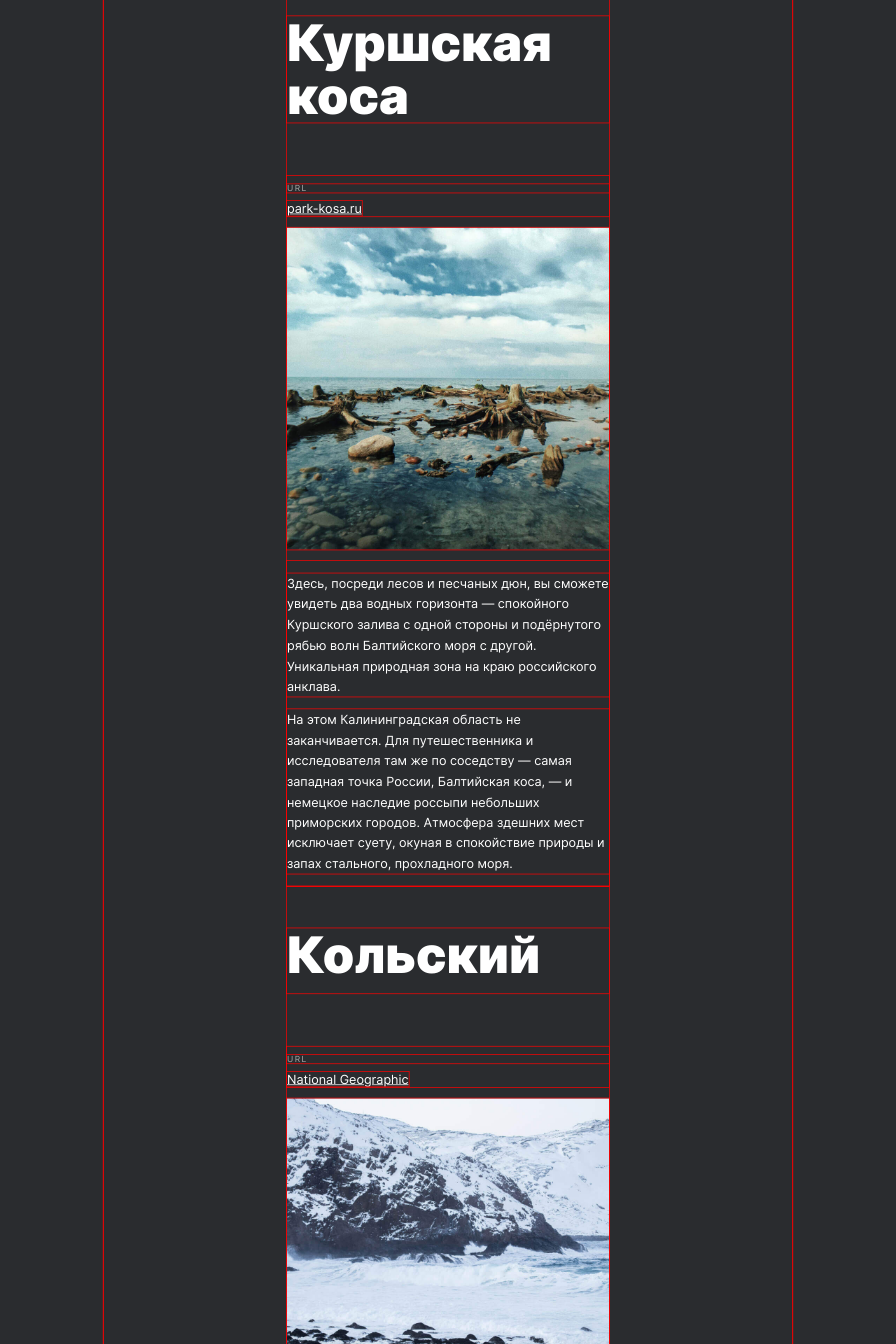
Repository: 89373611988/russia-travel
Page: index.html
An editor plug-in stored every save of this project. The page is shown before and after a run of saves, followed by the edit.
The browser window is 1280 px wide. The pictures show the part of the page from y = 2883 to 4803 px (the page is 9984 px tall before and 10464 px after), at 70% of full size.

Above is the page before, as saved 2021-12-22 20:55:49.

### index.html
<!DOCTYPE html>
<html lang="ru">
  <head>
    <meta charset="UTF-8" />
    <meta name="viewport" content="width=device-width, initial-scale=1">
    <title>Путешествие по России</title>
    <link rel="stylesheet" href="pages/index.css" />
  </head>

  <body>
    <div class="page">
      <header class="header page__header">
        <img src="./images/header-logo.svg" alt="" class="header__logo">
        <ul class="header__list">
          <li class="header__item">
            <a href="#" target="_blank" class="header__lang-link">Ru</a>
          </li>
          <li class="header__item">
            <a href="#" target="_blank" class="header__lang-link">En</a>
          </li>
        </ul>
      </header>
      <main class="content">

        <section class="lead">
          <h1 class="lead__title">Путешествия по России</h1>
          <p class="lead__subtitle">Настоящая страна не в выпусках новостей, а здесь.</p>
          <img src="./images/lead-polka.jpg" alt="Отдых в вагоне" class="lead__image">
          <p class="lead__caption">ваша полка — верхняя</p>
        </section>


        <section class="intro page__intro">
          <h2 class="intro__title">Чего мы там не видели?</h2>
          <p class="intro__text">По опросам ВЦИОМ, 95% россиян мечтают куда-нибудь поехать, но только 36% планируют провести отпуск в родной стране. Мол, чего мы тут, дома, не видели? На самом деле, Россия — это целая вселенная с ласковым морем юга, густыми лесами Саян и суровыми льдами плато Путорана. А ещё увидеть все эти красоты можно без миллионов на счету, загранпаспорта и многочасовых перелетов. Как, например, Вера Башмакова — смелая молодая мама, которая взяла в охапку троих детей, усадила их в свою «Ладу» и проехала 20 тысяч километров по родной стране. Мы выбрали и описали некоторые интересные места, достойные вашего отпуска.</p>
          <ul class="intro__list">
            <li class="intro__item">Часовых поясов
              <span class="intro__number">11</span>
            </li>
            <li class="intro__item">Объектов природного наследия ЮНЕСКО
              <span class="intro__number">12</span>
            </li>
            <li class="intro__item">Объектов культурного наследия ЮНЕСКО
              <span class="intro__number">16</span>
            </li>
            <li class="intro__item">Природных заповедников
              <span class="intro__number">105</span>
            </li>
            <li class="intro__item">Аэропортов
              <span class="intro__number">241</span>
            </li>
          </ul>
        </section>


        <section class="photo-grid">
          <img src="./images/photo-grid-train.jpg" alt="Вид из окна вагона" class="photo-grid__item">
          <img src="./images/photo-grid-atharva-tulsi.jpg" alt="Облака в горах" class="photo-grid__item">
          <img src="./images/photo-grid-tuman.jpg" alt="Собака на сене" class="photo-grid__item">
          <img src="./images/photo-grid-sochi.jpg" alt="Туман в горах" class="photo-grid__item">
          <img src="./images/photo-grid-arisa.jpg" alt="Машина на льду" class="photo-grid__item">
          <img src="./images/photo-grid-baikal.jpg" alt="Берег Байкала" class="photo-grid__item">
          <img src="./images/photo-grid-elbrus.jpg" alt="Гора Эльбрус" class="photo-grid__item">
          <img src="./images/photo-grid-kondratiev.jpg" alt="Пешеходный переход" class="photo-grid__item">
          <img src="./images/photo-grid-kamchatka-1.jpg" alt="Горный барельеф на Камчатке" class="photo-grid__item">
          <img src="./images/photo-grid-kamchatka-2.jpg" alt="Камчатка Гора" class="photo-grid__item">
          <img src="./images/photo-grid-baikal-2.jpg" alt="Горный берг Байкала" class="photo-grid__item">
          <img src="./images/photo-grid-ergaki.jpg" alt="Горы в тумане" class="photo-grid__item">
        </section>


        <section class="places page__places">
          <div class="place">
            <h2 class="place__title">Куршская коса</h2>
            <div class="place__website">
              <h3 class="place__url-heading">URL</h3>
              <a href="http://park-kosa.ru" class="place__link">park-kosa.ru</a>
            </div>
            <img src="./images/place-kosa.jpg" alt="Куршский залив" class="place__image">
            <div class="place__container">
              <p class="place__paragraph">Здесь, посреди лесов и песчаных дюн, вы сможете увидеть два водных горизонта — спокойного Куршского залива с одной стороны и подёрнутого рябью волн Балтийского моря с другой. Уникальная природная зона на краю российского анклава.</p>
            <p class="place__paragraph">На этом Калининградская область не заканчивается. Для путешественника и исследователя там же по соседству — самая западная точка России, Балтийская коса, — и немецкое наследие россыпи небольших приморских городов. Атмосфера здешних мест исключает суету, окуная в спокойствие природы и запах стального, прохладного моря.</p>
            </div>
          </div>
          <div class="place">
            <h2 class="place__title">Кольский</h2>
            <div class="place__website">
              <h3 class="place__url-heading">URL</h3>
              <a href="https://yourshot.nationalgeographic.com/photos/?keywords=kolskiy" class="place__link">National Geographic</a>
            </div>
            <img src="./images/place-kolsky.jpg" alt="Кольский полуостров" class="place__image">
            <div class="place__container">
              <p class="place__paragraph">Почти весь полуостров находится за Полярным кругом. Саамская тундра, от которой на юг — тайга, а на север — Ледовитый океан, прикидывающийся Баренцевым морем.</p>
              <p class="place__paragraph">Возможно, вы смотрели Звягинцева и даже слышали историю арктического фестиваля в Териберке. Возможно, слово «Хибины» не осталось под снегом школьных воспоминаний об уроках географии. Возможно, вы не интересовались пронизывающей земную кору сверхглубокой скважиной, а от апатитов вас давно накрывает апатия. Но ваша мечта увидеть северное сияние начинает сбываться с билетом в Мурманск.</p>
            </div>
          </div>
          <div class="place">
            <h2 class="place__title">Алтай</h2>
            <div class="place__website">
              <h3 class="place__url-heading">URL</h3>
              <a href="https://www.facebook.com/vera.bashmakova/posts/10156011613718822" class="place__link">Facebook</a>
            </div>
            <img src="./images/place-altai.jpg" alt="Природа Алтая" class="place__image">
            <div class="place__container">
              <p class="place__paragraph">Алтай — одно из красивейших мест в России.
                В первую очередь из-за гор: если ехать вдоль хребта, вы увидите склоны, усыпанные соснами, горные реки и озёра. А если вы откроете в автомобиле окна, сможете познакомиться с невидимым чудом здешних мест — горным воздухом.</p>
              <p class="place__paragraph">Климат на Алтае умеренный, поэтому ехать сюда лучше всего летом. Так вы увидите всё разнообразие местной флоры и фауны. По лесам Алтая бродят лоси, над хребтами летают орлы, а на равнинах пасутся косули. И знаменитые манулы — тоже обитатели Алтайского края.</p>
            </div>
          </div>
          <div class="place">
            <h2 class="place__title">Зимний Байкал</h2>
            <div class="place__website">
              <h3 class="place__url-heading">URL</h3>
              <a href="https://vk.com/baikalmile" class="place__link">https://vk.com/baikalmile</a>
            </div>
            <img src="./images/place-winter-baikal.jpg" alt="Морозные узора" class="place__image">
            <div class="place__container">
              <p class="place__paragraph">Всем известен Байкал как крупнейшее озеро
                в мире. Многие также знают, что это самый большой источник пресной воды и одно из красивейших мест в России.</p>
              <p class="place__paragraph">Конечно, это всё так. Но Байкал ещё идеальное    место для соревнований по скийорингу. Это такой вид спорта, когда лыжник привязывает себя к мотоциклу, и тандем старается развить как можно бóльшую скорость на льду. В марте 2019 года на фестивале «Байкальская миля» был поставлен мировой рекорд — 197.011 км/ч.</p>
            </div>
          </div>
          <div class="place">
            <h2 class="place__title">Карелия</h2>
            <div class="place__website">
              <h3 class="place__url-heading">URL</h3>
              <a href="http://vodlozero.ru" class="place__link">http://vodlozero.ru/</a>
            </div>
            <img src="./images/place-karelia.jpg" alt="Река в лесу" class="place__image">
            <div class="place__container">
              <p class="place__paragraph">Сибирь заканчивается не на Урале, а в Карелии: образующая тайгу сибирская лиственница не растёт западнее Водлозера. Зато здесь она вымахивает на 30 метров — леса карельских национальных парков из-за непроходимых болот никогда не знали топора. Некоторым соснам уже больше чем полтысячелетия. Прикоснитесь к живому существу, видевшему солнце раньше, чем увидал его Иван Грозный. В девственном лесу на сотню километров не встретишь тропы. А на редких тропинках деревья в паре метров от земли помечены медвежьими когтями. Чтобы все знали, кто тут хозяин.</p>
            </div>
          </div>
        </section>


        <section class="cover page__cover">
          <a href="https://stampsy.com/na-elektrichkakh-do-baikala" class="cover__overlay">
            <h2 class="cover__title">До Байкала «на собаках»</h2>
            <p class="cover__subtitle">По мотивам учебной темы о Транссибе — путешествие от столицы до Байкала на электричках.</p>
          </a>
        </section>
      </main>


      <footer class="footer">
        <ul class="footer__list">
          <li class="footer__item">
            <a href="https://yandex.ru/maps" class="footer__link">Карты</a>
          </li>
          <li class="footer__item">
            <a href="https://yandex.ru/pogoda" class="footer__link">Погода</a>
          </li>
          <li class="footer__item">
            <a href="https://rasp.yandex.ru" class="footer__link">Расписание</a>
          </li>
          <li class="footer__item">
            <a href="https://calendar.yandex.ru" class="footer__link">Календарь</a>
          </li>
          <li class="footer__item">
            <a href="https://travel.yandex.ru" class="footer__link">Путешествия</a>
          </li>
        </ul>
        <p class="footer__copyright">&copy; 2021. Эльвира Киямова</p>
      </footer>

    </div>
  </body>
</html>

### blocks/page/page.css
* {
  outline-width: 1px;
  outline-style: solid;
  outline-color: red;
}

.page {
  color: #ffffff;
  background-color: #2a2c2f;
  font-family: 'Inter', Arial, sans-serif;
  font-style: normal;
  padding: 28px 0 24px;
  -moz-osx-font-smoothing: grayscale;
  -webkit-font-smoothing: antialiased;
  -webkit-text-size-adjust: 100%;
  -ms-text-size-adjust: 100%;
  -moz-text-size-adjust: 100%;
  text-rendering: optimizeLegibility;
  display: flex;
  flex-direction: column;
  align-items: center;
}

### blocks/page/__header/page__header.css
.page__header {
  margin-bottom: 56px;
}

### blocks/page/__intro/page__intro.css
.page__intro {
  margin: 92px 0;
}

### blocks/page/__cover/page__cover.css
.page__cover {
  margin: 92px 0;
}

### blocks/page/__places/page__places.css
.page__places {
  margin: 92px auto 0;
}

### blocks/header/header.css
.header {
  display: flex;
  flex-direction: row;
  justify-content: space-between;
  width: 1184px;
}

@media (max-width: 1200px) {
  .header {
    width: 928px;
  }
}

@media (max-width: 940px) {
  .header {
    width: 720px;
  }
}

@media (max-width: 768px) {
  .header {
    width: 720px;
  }
}

@media (max-width: 730px) {
  .header {
    width: 600px;
  }
}

@media (max-width: 640px) {
  .header {
    width: 500px;
  }
}

@media (max-width: 540px) {
  .header {
    width: 400px;
  }
}

@media (max-width: 440px) {
  .header {
    width: 300px;
  }
}

@media (max-width: 320px) {
  .header {
    width: 288px;
  }
}

### blocks/header/__logo/header__logo.css
.header__logo {
  width: 176px;
  height: 52px;
}

@media (max-width: 500px) {
  .header__logo {
    width: 142px;
    height: 42px;
  }
}

### blocks/header/__list/header__list.css
.header__list {
  display: flex;
  flex-direction: row;
  align-items: flex-end;
  padding: 0;
  margin: 0;
}

### blocks/header/__item/header__item.css
.header__item {
  list-style-type: none;
  width: 30px;
  height: 28px;
}

.header__item:first-child {
  margin-right: 18px;
  text-decoration: underline;
}

### blocks/header/__lang-link/header__lang-link.css
.header__lang-link {
  font-size: 24px;
  line-height: 28px;
  color: #fff;
  text-decoration: none;
}

@media (max-width: 500px) {
  .header__lang-link {
    font-size: 18px;
    line-height: 20px;
  }
}

### blocks/content/content.css
@media (max-width: 320px) {
  .content {
    max-width: 320px;
  }
}

### blocks/lead/lead.css
.lead {
  display: flex;
  flex-direction: column;
  align-items: center;
}

@media (max-width: 1280px) {
  .lead {
    max-width: 984px;
  }
}

@media (max-width: 1100px) {
  .lead {
    margin: 0 48px;
    max-width: 928px;
  }
}

@media (max-width: 330px) {
  .lead {
    max-width: 320px;
  }
}

@media (max-width: 1024px) {
  .lead {
    margin: 0 48px;
    max-width: 768px;
}
}

@media (max-width: 850px) {
  .lead {
    margin: 0 auto;
    max-width: 768px;
  }
}

@media (max-width: 350px) {
  .lead {
    margin: 0;
  }
}

### blocks/lead/__title/lead__title.css
.lead__title {
  font-weight: 900;
  font-size: 96px;
  line-height: 100px;
  max-width: 720px;
  text-align: center;
  align-self: center;
  margin: 0;
}

@media (max-width: 768px) {
  .lead__title {
    font-size: 70px;
    line-height: 80px;
    max-width: 500px;
  }
}

@media (max-width: 520px) {
  .lead__title {
    font-size: 50px;
    line-height: 70px;
    max-width: 400px;
  }
}

@media (max-width: 440px) {
  .lead__title {
    font-size: 45px;
    line-height: 50px;
    max-width: 330px;
  }
}

@media (max-width: 320px) {
  .lead__title {
    font-size: 40px;
    line-height: 44px;
    max-width: 288px;
  }
}

### blocks/lead/__subtitle/lead__subtitle.css
.lead__subtitle {
  font-size: 30px;
  line-height: 36px;
  align-self: center;
  margin: 32px 0 64px;
  max-width: 640px;
  text-align: center;
}

@media (max-width: 680px) {
  .lead__subtitle {
    font-size: 28px;
    line-height: 30px;
    max-width: 550px;
  }
}

@media (max-width: 575px) {
  .lead__subtitle {
    font-size: 25px;
    line-height: 30px;
    max-width: 400px;
  }
}

@media (max-width: 430px) {
  .lead__subtitle {
    font-size: 18px;
    line-height: 25px;
    max-width: 300px;
  }
}

@media (max-width: 320px) {
  .lead__subtitle {
    font-size: 16px;
    line-height: 20px;
    max-width: 288px;
  }
}

### blocks/lead/__image/lead__image.css
.lead__image {
  max-width: 984px;
  max-height: 615px;
  margin: 0 auto;
}

@media (max-width: 1100px) {
  .lead__image {
    margin: 0 48px;
    width: 100%;
  }
}

@media (max-width: 1024px) {
  .lead__image {
    margin: 0 48px;
    max-width: 768px;
  }
}

@media (max-width: 850px) {
  .lead__image {
    margin: 0;
    width: 100%;
  }
}

@media (max-width: 320px) {
  .lead__image {
    max-width: 320px;
  }
}

### blocks/lead/__caption/lead__caption.css
.lead__caption {
  font-size: 10px;
  line-height: 14px;
  letter-spacing: 1.5px;
  margin: 8px 0 0;
  text-transform: uppercase;
  align-self: flex-start;
}

@media (max-width: 768px) {
  .lead__caption {
    margin-left: 24px;
  }
}

@media (max-width: 330px) {
  .photo-grid {
    max-width: 320px;
    margin-left: 16px;
  }
}

### blocks/intro/intro.css
.intro {
  max-width: 690px;
}

@media (max-width: 1024px) {
  .intro {
    margin-left: 48px;
  }
}

@media (max-width: 768px) {
  .intro {
    max-width: 720px;
    margin-left: 24px;
    margin-right: 24px;
  }
}

@media (max-width: 320px) {
  .intro {
    max-width: 288px;
    margin-left: 16px;
    margin-right: 16px;
  }
}

### blocks/intro/__title/intro__title.css
.intro__title {
  margin: 0;
  font-weight: 900;
  font-size: 54px;
  line-height: 58px;
}

@media (max-width: 768px) {
  .intro__title {
    font-size: 40px;
    line-height: 40px;
  }
}

@media (max-width: 400px) {
  .intro__title {
    font-size: 32px;
    line-height: 35px;
  }
}

### blocks/intro/__text/intro__text.css
.intro__text {
  font-size: 16px;
  line-height: 163%;
  margin: 40px 0 33px;
}

### blocks/intro/__list/intro__list.css
.intro__list {
  margin: 0;
  padding: 0;
  font-weight: bold;
  font-size: 12px;
  line-height: 18px;
}

### blocks/intro/__item/intro__item.css
.intro__item {
  list-style-type: none;
}

### blocks/intro/__number/intro__number.css
.intro__number {
  font-weight: normal;
}

### blocks/photo-grid/photo-grid.css
.photo-grid {
  display: grid;
  justify-content: center;
  grid-template-columns: repeat(auto-fit, minmax(284px, 1fr));
  grid-template-rows: repeat(auto-fit, minmax(213px, 1fr));
  gap: 16px;
  padding: 0;
  margin: 0;
}

@media (max-width: 1024px) {
  .photo-grid {
    gap: 14px;
    margin: 0 48px;
  }
}

@media (max-width: 770px) {
  .photo-grid {
    gap: 16px;
    margin: 0 24px;
  }
}

@media (max-width: 330px) {
  .photo-grid {
    width: 288px;
    margin: 0 auto;
  }
}

### blocks/places/places.css
.places {
  max-width: 984px;
  display: flex;
  flex-direction: column;
  align-items: center;
}

@media (max-width: 1024px) {
  .places {
    max-width: 928px;
    margin: 88px auto 0;
  }
}

@media (max-width: 960px) {
  .places {
    max-width: 928px;
    margin: 88px auto 0;
  }
}

@media (max-width: 930px) {
  .places {
    max-width: 720px;
    margin: 88px auto 0;
  }
}

@media (max-width: 730px) {
  .places {
    max-width: 500px;
  }
}

@media (max-width: 530px) {
  .places {
    max-width: 400px;
  }
}

@media (max-width: 425px) {
  .places {
    max-width: 320px;
    margin: 64px auto 0;
  }
}

### blocks/place/place.css
.place {
  display: grid;
  justify-content: center;
  grid-template-columns: repeat(auto-fit, minmax(288px, 460px));
  grid-template-rows: repeat(auto-fit, minmax(213px, 1fr));
  grid-column-gap: 10px;
   grid-row-gap: 1em;
  padding: 0;
  margin: 0;
}

### blocks/place/__image/place__image.css
.place__image {
  max-width: 460px;
}

### blocks/place/__link/place__link.css
.place__link {
  color: #fff;
  font-weight: normal;
  font-size: 18px;
  line-height: 22px;
}

### blocks/place/__paragraph/place__paragraph.css
.place__paragraph {
  font-weight: normal;
  font-size: 18px;
  line-height: 163%;
  max-width: 484px;
}

### blocks/place/__title/place__title.css
.place__title {
  font-weight: 900;
  font-size: 72px;
  line-height: 76px;
}

### blocks/place/__url-heading/place__url-heading.css
.place__url-heading {
  font-weight: normal;
  font-size: 12px;
  line-height: 12px;
  letter-spacing: 2px;
  color: #aaa;
}

### blocks/place/__website/place__website.css
.place__website {

}

### blocks/cover/cover.css
.cover {

}

### blocks/cover/__title/cover__title.css
.cover__title {
  font-weight: 900;
  font-size: 72px;
  line-height: 76px;
  margin: 0;
  max-width: 560px;
  white-space: pre-line;
  text-align: center;
}

@media (max-width: 550px) {
  .cover__title {
    font-size: 50px;
    line-height: 45px;
    max-width: 450px;
  }
}

@media (max-width: 450px) {
  .cover__title {
    font-size: 40px;
    line-height: 40px;
    max-width: 320px;
  }
}

@media (max-width: 320px) {
  .cover__title {
    font-size: 32px;
    line-height: 35px;
    max-width: 288px;
  }
}

### blocks/cover/__subtitle/cover__subtitle.css
.cover__subtitle {
  font-size: 18px;
  line-height: 22px;
  margin: 32px 0 0;
  max-width: 360px;
  white-space: pre-line;
  text-align: center;
}

@media (max-width: 400px) {
  .cover__subtitle {
    font-size: 16px;
    line-height: 20px;
    max-width: 330px;
  }
}

@media (max-width: 320px) {
  .cover__subtitle {
    font-size: 14px;
    line-height: 16px;
    max-width: 288px;
  }
}

### blocks/cover/__overlay/cover__overlay.css
.cover__overlay {
  position: relative;
  color: #fff;
  text-decoration: none;
  display: flex;
  flex-direction: column;
  align-items: center;
  justify-content: center;
  min-height: 740px;
  max-width: 1184px;
  background-image: url(../../../images/cover-trains.jpg);
  background-size: cover;
  background-repeat: no-repeat;
  background-position: center;
  box-sizing: border-box;
  z-index: 0;
}

.cover__overlay::before {
  position: absolute;
  content: "";
  left: 0;
  top: 0;
  right: 0;
  bottom: 0;
  background: #2a2c2f;
  opacity: 0.3;
  z-index: -1;
  transition: opacity 0.3s;
}

.cover__overlay:hover::before {
  opacity: 0.7;
}

@media screen and (max-width: 1023px) {
  .cover__overlay {
    max-width: 100%;
  }
}

@media screen and (max-width: 768px) {
  .cover__overlay {
  }
}

@media screen and (max-width: 320px) {
  .cover__overlay {
    min-height: 200px;
  }
}

### blocks/footer/footer.css
.footer {
  width: 1184px;
  display: flex;
  flex-direction: row;
  justify-content: space-between;
}

@media (max-width: 1220px) {
  .footer {
    width: 1000px;
  }
}

@media (max-width: 1024px) {
  .footer {
    width: 928px;
  }
}

@media (max-width: 960px) {
  .footer {
    width: 800px;
  }
}

@media (max-width: 960px) {
  .footer {
    width: 800px;
  }
}

@media (max-width: 840px) {
  .footer {
    width: 750px;
  }
}

@media (max-width: 768px) {
  .footer {
    width: 720px;
  }
}

@media (max-width: 750px) {
  .footer {
    width: 186px;
    flex-direction: column;
    align-self: flex-start;
    margin-left: 16px;
  }
}

### blocks/footer/__list/footer__list.css
.footer__list {
  display: flex;
  flex-direction: row;
  padding: 0;
  margin: 0;
  font-size: 16px;
  line-height: 18px;
}

@media (max-width: 750px) {
  .footer__list {
    flex-direction: column;
    margin-bottom: 48px;
  }
}

@media (max-width: 400px) {
  .footer__list {
    font-size: 24px;
    line-height: 24px;
  }
}

### blocks/footer/__item/footer__item.css
.footer__item {
  list-style-type: none;
  margin-right: 18px;
}

@media (max-width: 750px) {
  .footer__item {
    width: 186px;
    margin-bottom: 32px;
  }
}

### blocks/footer/__link/footer__link.css
.footer__link {
  color: #fff;
  text-decoration: none;
}

.footer__link:hover {
  opacity: 0.7;
  cursor: pointer;
  transition: opacity 0.5s ease;
}

### blocks/footer/__copyight/footer__copyight.css
.footer__copyright {
  margin: 0;
  font-size: 14px;
  line-height: 16px;
}

@media (max-width: 320px) {
  .footer__copyright {
    line-height: 14px;
  }
}

### fonts/fonts/fonts.css
@font-face {
  font-family: 'Inter';
  font-style: normal;
  font-weight: 400;
  src: url("Inter-Regular.woff2") format("woff2"),
  url("Inter-Regular.woff?v=3.15") format("woff");
}

@font-face {
  font-family: 'Inter';
  font-style: normal;
  font-weight: 900;
  src: url("Inter-Black.woff2?v=3.15") format("woff2"),
  url("Inter-Black.woff?v=3.15") format("woff");
}

Loaded but not shown: styles/normalize.css (library); blocks/photo-grid/__item/photo-grid__item.css (common file); pages/index.css (54 lines, source omitted); blocks/place/__container/place__container.css (no copy from this time; the picture is the same without it)

After the next 3 saves:
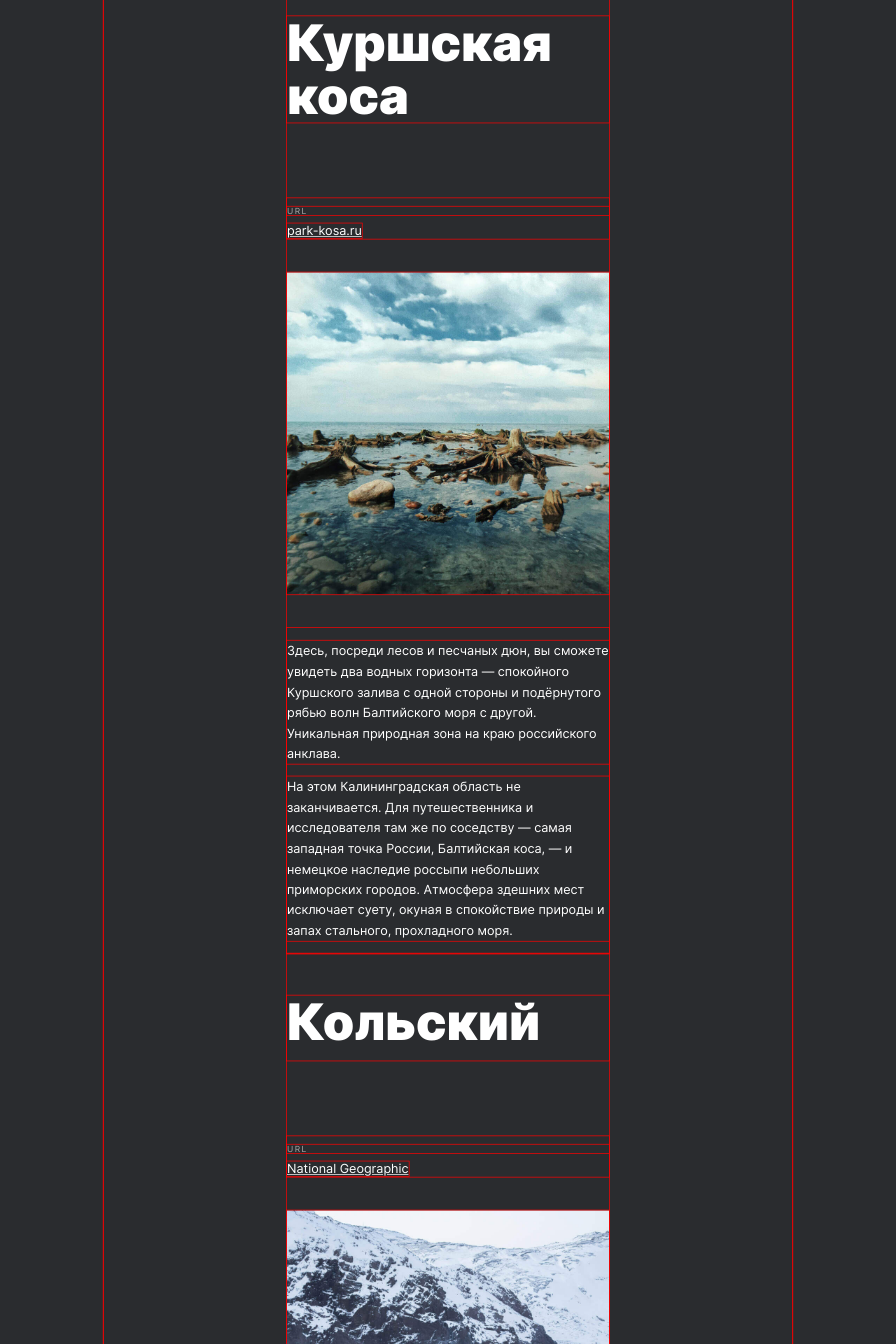
The 3 saves are shown as one change because they came seconds apart.
The last was saved 15 s later.
--- a/blocks/place/place.css
+++ b/blocks/place/place.css
@@ -3,8 +3,8 @@
   justify-content: center;
   grid-template-columns: repeat(auto-fit, minmax(288px, 460px));
   grid-template-rows: repeat(auto-fit, minmax(213px, 1fr));
-  grid-column-gap: 10px;
-   grid-row-gap: 1em;
+  grid-column-gap: 40px;
+  grid-row-gap: 48px;
   padding: 0;
   margin: 0;
 }
